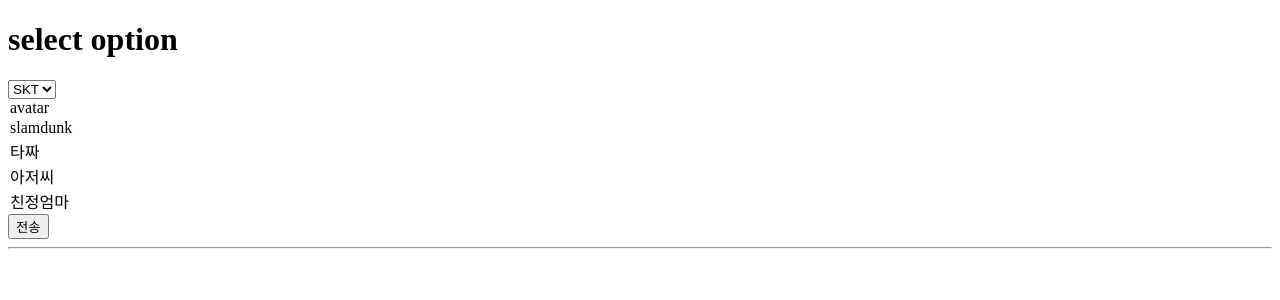
Repository: JJinBBangg/JSP
Page: http://localhost/jsp/ch03/lecture/06form/14select.jsp
An editor plug-in stored every save of this project. The page is shown before and after the next save, followed by the edit.
The browser window is 1280 px wide. The pictures show the whole page.
The page is served by Tomcat 9.

Above is the page before, as saved 2023-03-29 00:35:01.

After the next save:
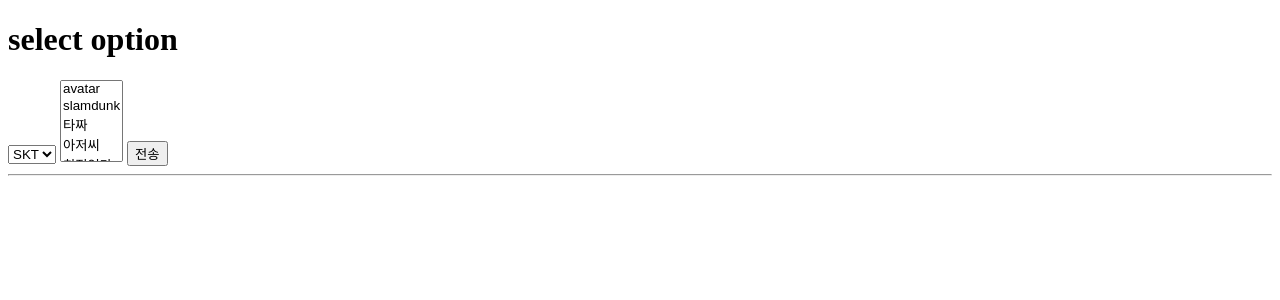
Saved 13 s later.
--- a/jsp/src/main/webapp/ch03/lecture/06form/14select.jsp
+++ b/jsp/src/main/webapp/ch03/lecture/06form/14select.jsp
@@ -14,6 +14,7 @@
 			<option value="SKT">SKT</option>
 			<option value="KT">KT</option>
 			<option value="LG">LG</option>
+		</select>
 		<select name="movie" id="" multiple="multiple">
 			<option value="avatar">avatar</option>
 			<option value="slamdunk">slamdunk</option>
